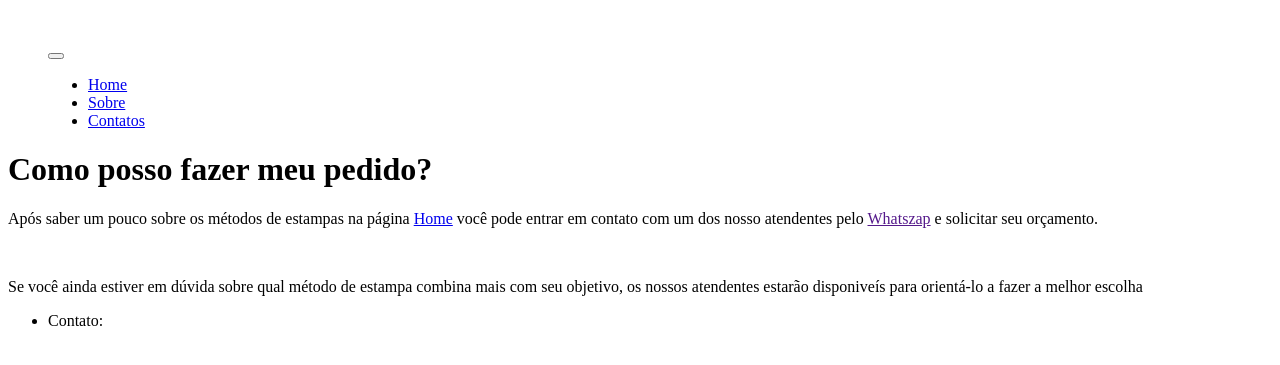
Repository: Leonngc/way-factory
Page: order.html
The author's editor kept a copy of each file at every save. The page is drawn from the files as they stood at one save, then again after the next save.
The browser window is 1280 px wide. The pictures show the whole page.
Some icons come from a web library that is not loaded, so they are not drawn.

Above is the page before, as saved 2023-02-10 11:28:23.

After the next save:
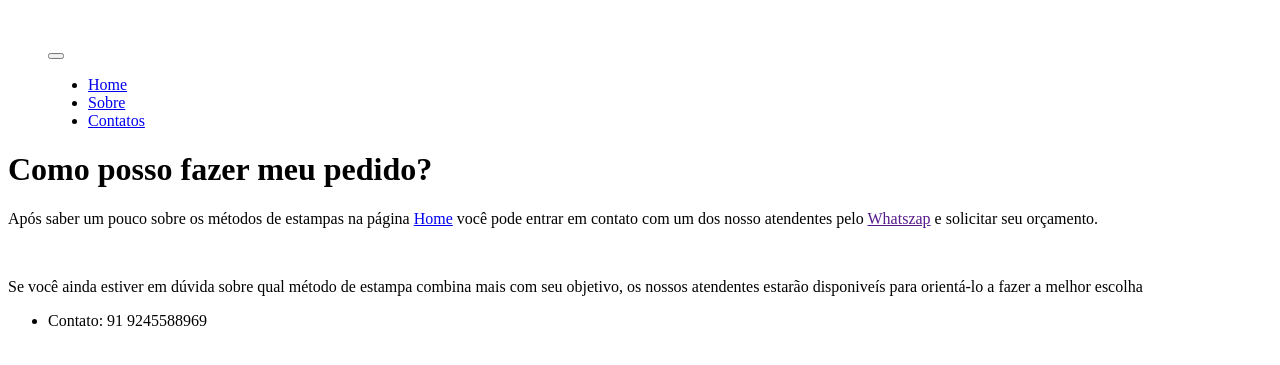
Saved 7 s later.
--- a/order.html
+++ b/order.html
@@ -42,7 +42,7 @@
     </main>
     <footer>
         <ul>
-            <li>Contato: </li>
+            <li>Contato: 91 9245588969</li>
         </ul>
     </footer>
 </body>
